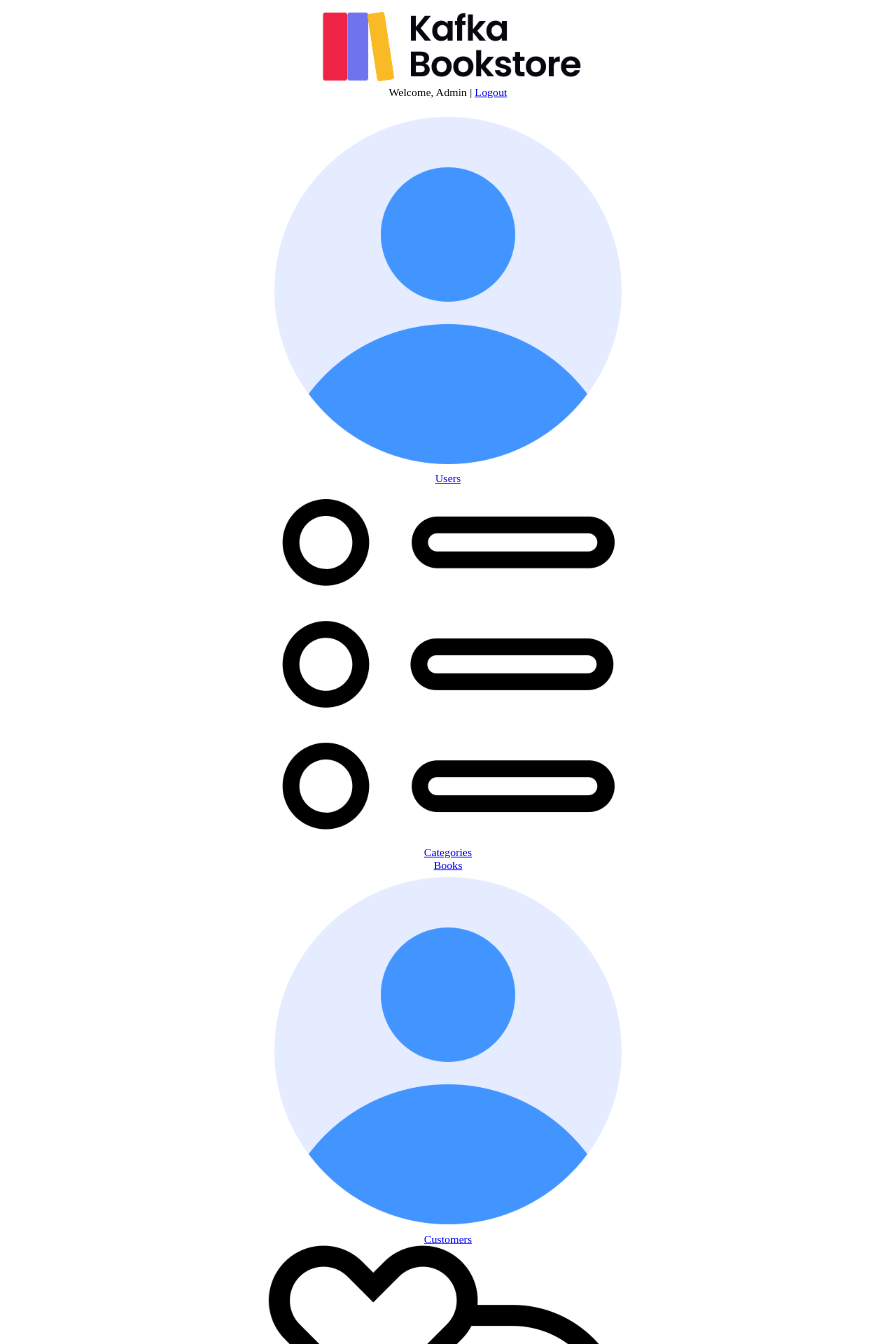
Repository: janvi2502/BookStore
Page: http://localhost/BookStoreWebsite/admin/category_form.jsp
The author's editor kept a copy of each file at every save. The page is drawn from the files as they stood at one save, then again after the next save.
The browser window is 1280 px wide. The pictures show the part of the page from y = 0 to 1920 px (the page is 3088 px tall before and 2554 px after), at 70% of full size.
The page is served by Tomcat 10. Nobody is signed in. The application's start-up code is not run. The template is opened directly, without the code that normally fills it, so the values that code supplies are empty.

Above is the page before, as saved 2023-12-28 10:11:51.

After the next save:
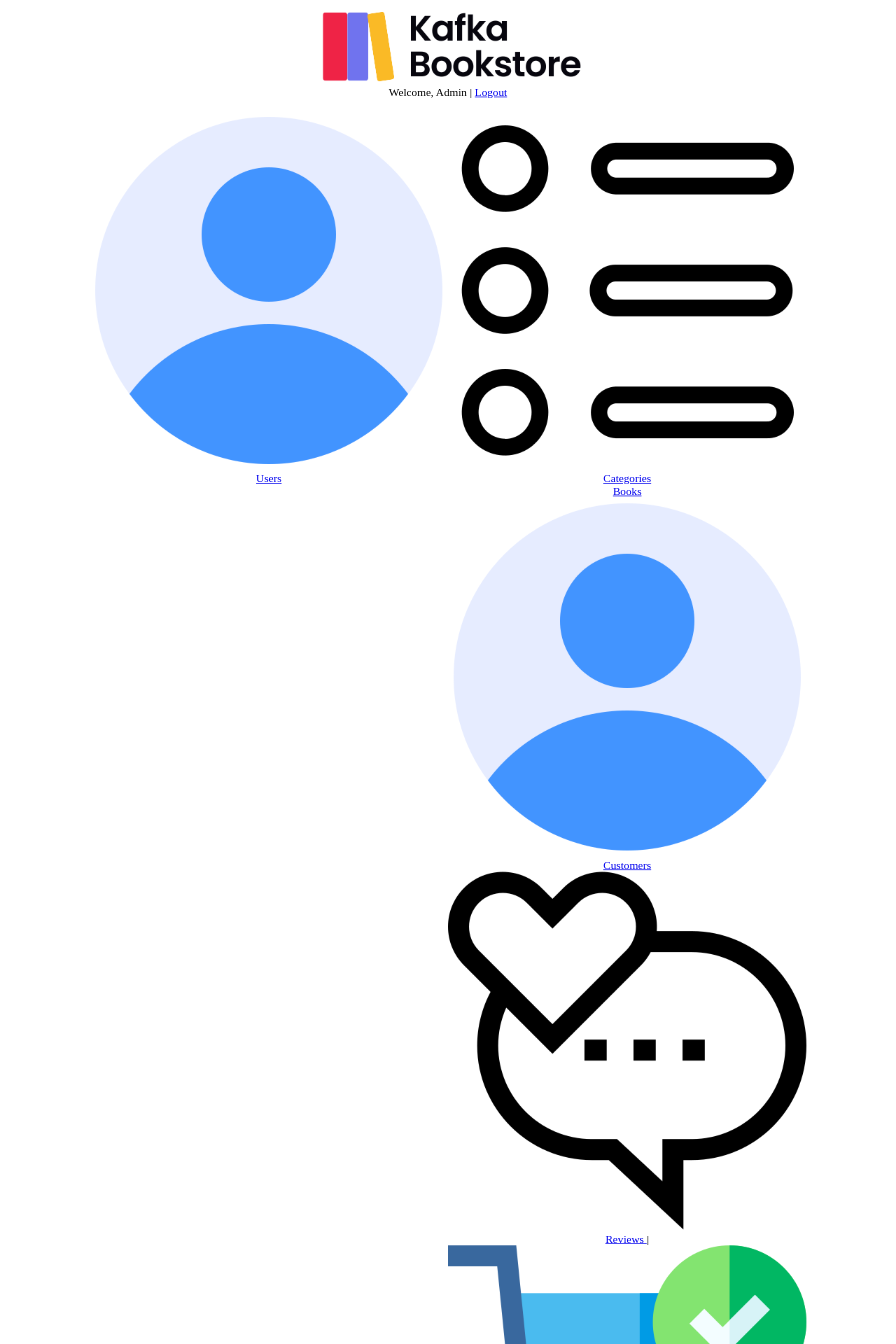
Saved 77 s later.
--- a/BookStoreWebsite/WebContent/admin/header.jsp
+++ b/BookStoreWebsite/WebContent/admin/header.jsp
@@ -6,8 +6,8 @@
 	<div>
 		Welcome, Admin | <a href="logout">Logout</a> <br /> <br />
 	</div>
-	<div>
-		<div>
+	<div style="display:table">
+		<div style="display:table-cell;">
 			<a href="list_users">
 				<img src="../images/user.png" /><br/> Users
 			</a>
